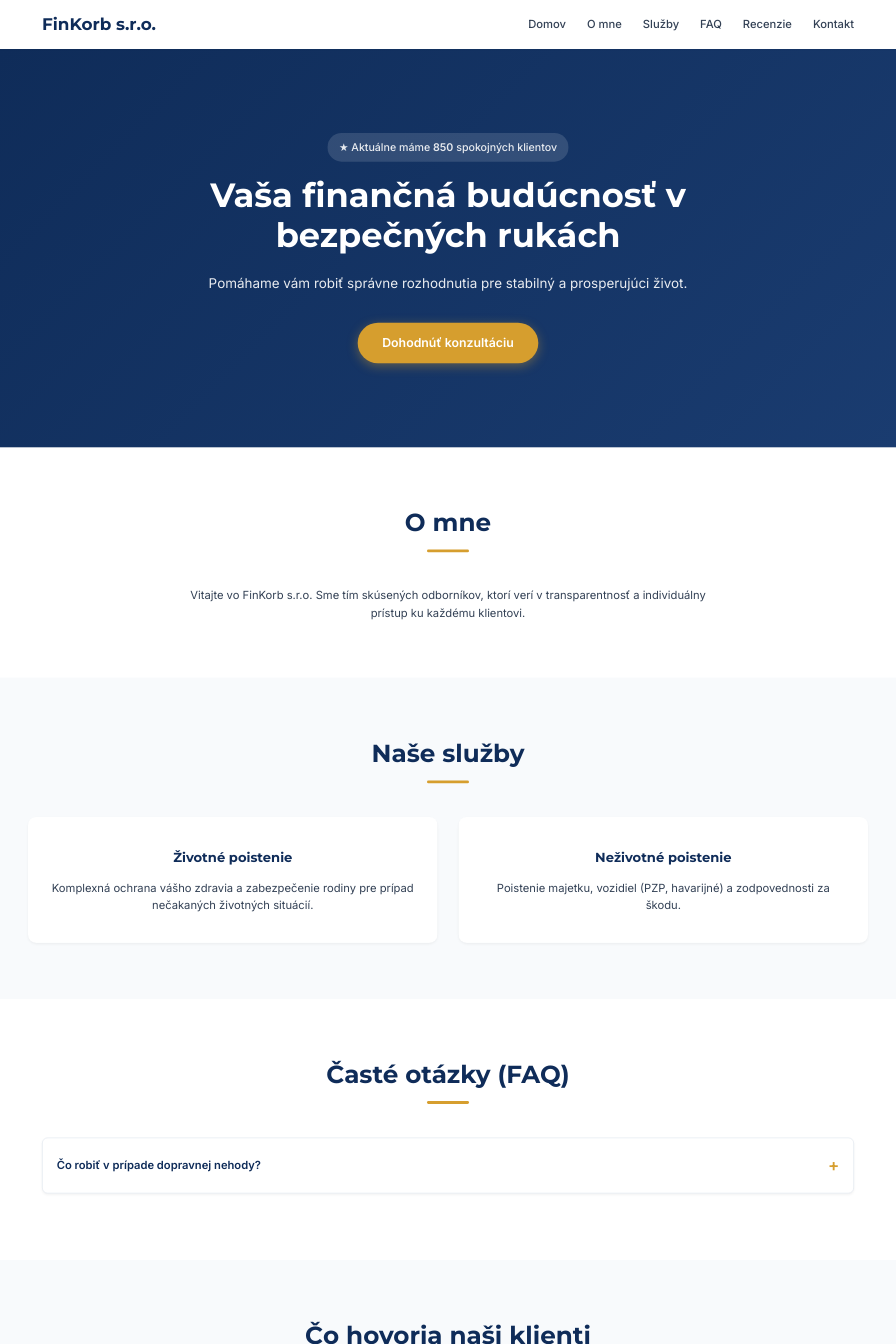
Repository: IvanK03/personal_web
Page: web/index.html
An editor plug-in stored every save of this project. The page is shown before and after the next save, followed by the edit.
The browser window is 1280 px wide. The pictures show the part of the page from y = 0 to 1920 px (the page is 2600 px tall before and 2565 px after), at 70% of full size.

Above is the page before, as saved 2026-02-22 11:54:58.

### web/index.html
<!DOCTYPE html>
<html lang="sk">
<head>
    <meta charset="UTF-8">
    <meta name="viewport" content="width=device-width, initial-scale=1.0">
    <meta name="description" content="FinKorb s.r.o. - Komplexné finančné poradenstvo, poistenie, hypotéky a investovanie.">
    <title>FinKorb s.r.o. - Finančný poradca</title>
    <link rel="stylesheet" href="style.css">
</head>
<body>

    <!-- Hlavička s navigáciou -->
    <header>
        <div class="container">
            <a href="#" class="logo">FinKorb s.r.o.</a>
            <nav>
                <ul>
                    <li><a href="#hero">Domov</a></li>
                    <li><a href="#o-mne">O mne</a></li>
                    <li><a href="#sluzby">Služby</a></li>
                    <li><a href="#faq">FAQ</a></li>
                    <li><a href="#recenzie">Recenzie</a></li>
                    <li><a href="#kontakt">Kontakt</a></li>
                </ul>
            </nav>
        </div>
    </header>

    <main>
        <!-- Hero sekcia -->
        <section id="hero">
            <div class="hero-content">
                <p class="trust-badge">★ Aktuálne máme <strong>850</strong> spokojných klientov</p>
                <h1>Vaša finančná budúcnosť v bezpečných rukách</h1>
                <p>Pomáhame vám robiť správne rozhodnutia pre stabilný a prosperujúci život.</p>
                <a href="#kontakt" class="btn-primary">Dohodnúť konzultáciu</a>
            </div>
        </section>

        <!-- Sekcia O mne -->
        <section id="o-mne">
            <h2>O mne</h2>
            <p>Vitajte vo FinKorb s.r.o. Sme tím skúsených odborníkov, ktorí verí v transparentnosť a individuálny prístup ku každému klientovi.</p>
        </section>

        <!-- Sekcia Služby -->
        <section id="sluzby">
            <h2>Naše služby</h2>
            <div class="services-grid">
                <article class="service-item">
                    <h3>Životné poistenie</h3>
                    <p>Komplexná ochrana vášho zdravia a zabezpečenie rodiny pre prípad nečakaných životných situácií.</p>
                </article>
                <article class="service-item">
                    <h3>Neživotné poistenie</h3>
                    <p>Poistenie majetku, vozidiel (PZP, havarijné) a zodpovednosti za škodu.</p>
                </article>
            </div>
        </section>

        <!-- Sekcia Časté otázky (FAQ) -->
        <section id="faq">
            <h2>Časté otázky (FAQ)</h2>
            <details>
                <summary>Čo robiť v prípade dopravnej nehody?</summary>
                <p>Zachovajte pokoj, zabezpečte miesto nehody a skontrolujte zranenia. Ak je to nutné, volajte záchranné zložky (112). Následne vyplňte správu o nehode a kontaktujte nás – pomôžeme vám s nahlásením poistnej udalosti.</p>
            </details>
        </section>

        <!-- Sekcia Recenzie -->
        <section id="recenzie">
            <h2>Čo hovoria naši klienti</h2>
            <div class="reviews-grid">
                <article class="review-item">
                    <div class="stars">★★★★★</div>
                    <p>"Pán Korbini mi veľmi pomohol s nastavením životného poistenia. Profesionálny prístup a všetko mi jasne vysvetlil. Odporúčam!"</p>
                    <h4>– Peter N.</h4>
                </article>
                <article class="review-item">
                    <div class="stars">★★★★★</div>
                    <p>"Rýchle vybavenie poistnej udalosti a skvelá komunikácia. Konečne mám pocit, že sú moje financie v dobrých rukách."</p>
                    <h4>– Jana M.</h4>
                </article>
            </div>
        </section>
    </main>

    <!-- Päta s kontaktom -->
    <footer id="kontakt">
        <div class="footer-content">
            <h3>Kontaktujte nás</h3>
            <p>Email: ivan.korbini@gmail.com</p>
            <p>Telefón: +421 911 620 323 | +421 911 032 103</p>
            <p>Adresa: Sološnícka 566/13, Bratislava</p>
        </div>
        <p class="copyright">&copy; 2024 FinKorb s.r.o. Všetky práva vyhradené.</p>
    </footer>

    <script src="script.js"></script>
</body>
</html>

### web/style.css
/* Import Google Fonts */
@import url('https://fonts.googleapis.com/css2?family=Inter:wght@400;500;600&family=Montserrat:wght@600;700&display=swap');

/* Základné premenné pre konzistentný dizajn */
:root {
    --primary-color: #0f2c59; /* Tmavomodrá - Dôvera */
    --secondary-color: #1a3c70; /* Svetlejšia modrá pre gradienty */
    --accent-color: #d69e2e; /* Zlatá/Oranžová - Call to Action */
    --accent-hover: #b7791f;
    --text-dark: #334155;
    --text-light: #64748b;
    --bg-light: #f8fafc;
    --white: #ffffff;
    --shadow-sm: 0 2px 4px rgba(0, 0, 0, 0.05);
    --shadow-md: 0 4px 6px rgba(0, 0, 0, 0.1);
    --shadow-lg: 0 10px 15px rgba(0, 0, 0, 0.1);
    --transition: all 0.3s ease;
}

/* Reset a základné nastavenia */
* {
    margin: 0;
    padding: 0;
    box-sizing: border-box;
}

html {
    scroll-behavior: smooth;
}

body {
    font-family: 'Inter', sans-serif;
    line-height: 1.6;
    color: var(--text-dark);
    background-color: var(--white);
}

h1, h2, h3 {
    font-family: 'Montserrat', sans-serif;
    color: var(--primary-color);
    margin-bottom: 1rem;
}

h2 {
    font-size: 2.2rem;
    text-align: center;
    margin-bottom: 3rem;
    position: relative;
}

/* Dekoratívna čiara pod nadpismi sekcií */
h2::after {
    content: '';
    display: block;
    width: 60px;
    height: 4px;
    background-color: var(--accent-color);
    margin: 10px auto 0;
    border-radius: 2px;
}

a {
    text-decoration: none;
    color: inherit;
}

ul {
    list-style: none;
}

/* Layout utility */
.container {
    max-width: 1200px;
    margin: 0 auto;
    padding: 0 20px;
}

section {
    padding: 80px 20px;
    max-width: 1200px;
    margin: 0 auto;
}

/* Hlavička a Navigácia */
header {
    background-color: var(--white);
    box-shadow: var(--shadow-sm);
    position: sticky;
    top: 0;
    z-index: 1000;
    padding: 1rem 0;
}

/* Štýl pre prilepenú hlavičku pri scrollovaní */
header.scrolled {
    background-color: rgba(255, 255, 255, 0.95); /* Jemne priehľadná biela */
    backdrop-filter: blur(5px); /* Rozostrenie pozadia */
    box-shadow: var(--shadow-md);
    padding: 0.5rem 0; /* Zmenšenie výšky pre kompaktnejší vzhľad */
    transition: all 0.3s ease;
}

header .container {
    display: flex;
    justify-content: space-between;
    align-items: center;
}

.logo {
    font-family: 'Montserrat', sans-serif;
    font-size: 1.5rem;
    font-weight: 700;
    color: var(--primary-color);
}

nav ul {
    display: flex;
    gap: 30px;
}

nav a {
    font-weight: 500;
    color: var(--text-dark);
    transition: var(--transition);
}

nav a:hover {
    color: var(--accent-color);
}

/* Hero Sekcia */
#hero {
    background: linear-gradient(135deg, var(--primary-color), var(--secondary-color));
    color: var(--white);
    text-align: center;
    padding: 120px 20px;
    max-width: 100%; /* Hero roztiahneme na celú šírku */
}

.hero-content {
    max-width: 800px;
    margin: 0 auto;
}

/* Trust Badge v Hero sekcii */
.trust-badge {
    display: inline-block;
    background-color: rgba(255, 255, 255, 0.15);
    padding: 8px 16px;
    border-radius: 20px;
    font-weight: 500;
    margin-bottom: 20px !important; /* Prepíše default margin */
    font-size: 0.95rem !important;
}

#hero h1 {
    color: var(--white);
    font-size: 3rem;
    margin-bottom: 1.5rem;
    line-height: 1.2;
}

#hero p {
    font-size: 1.2rem;
    margin-bottom: 2.5rem;
    opacity: 0.9;
}

/* Tlačidlá */
.btn-primary {
    display: inline-block;
    background-color: var(--accent-color);
    color: var(--white);
    padding: 15px 35px;
    border-radius: 50px;
    font-weight: 600;
    font-size: 1.1rem;
    transition: var(--transition);
    box-shadow: 0 4px 15px rgba(214, 158, 46, 0.4);
}

.btn-primary:hover {
    background-color: var(--accent-hover);
    transform: translateY(-3px);
    box-shadow: 0 6px 20px rgba(214, 158, 46, 0.6);
}

/* Sekcia O mne */
#o-mne {
    text-align: center;
    max-width: 800px;
}

/* Sekcia Služby - Grid */
#sluzby {
    background-color: var(--bg-light);
    max-width: 100%; /* Pozadie na celú šírku */
}

.services-grid {
    display: grid;
    grid-template-columns: repeat(auto-fit, minmax(300px, 1fr));
    gap: 30px;
    max-width: 1200px;
    margin: 0 auto;
}

.service-item {
    background: var(--white);
    padding: 40px 30px;
    border-radius: 12px;
    box-shadow: var(--shadow-sm);
    transition: var(--transition);
    text-align: center;
    border-top: 4px solid transparent;
}

.service-item:hover {
    transform: translateY(-10px);
    box-shadow: var(--shadow-lg);
    border-top: 4px solid var(--accent-color);
}

.service-item h3 {
    margin-bottom: 15px;
}

/* FAQ Sekcia */
details {
    background-color: var(--white);
    margin-bottom: 15px;
    border-radius: 8px;
    box-shadow: var(--shadow-sm);
    overflow: hidden;
    border: 1px solid #e2e8f0;
}

summary {
    padding: 20px;
    cursor: pointer;
    font-weight: 600;
    color: var(--primary-color);
    list-style: none; /* Skryje defaultnú šípku */
    position: relative;
    display: flex;
    justify-content: space-between;
    align-items: center;
}

summary::-webkit-details-marker {
    display: none;
}

summary::after {
    content: '+';
    font-size: 1.5rem;
    color: var(--accent-color);
    font-weight: bold;
}

details[open] summary::after {
    content: '-';
}

details p {
    padding: 0 20px 20px 20px;
    color: var(--text-light);
    border-top: 1px solid #f1f5f9;
    margin-top: 0;
    padding-top: 15px;
    /* Animácia pre plynulé zobrazenie textu */
    animation: fadeIn 0.4s ease-out;
}

@keyframes fadeIn {
    from {
        opacity: 0;
        transform: translateY(-10px);
    }
    to {
        opacity: 1;
        transform: translateY(0);
    }
}

/* Recenzie Sekcia */
#recenzie {
    background-color: var(--bg-light);
    max-width: 100%;
}

.reviews-grid {
    display: grid;
    grid-template-columns: repeat(auto-fit, minmax(300px, 1fr));
    gap: 30px;
    max-width: 1200px;
    margin: 0 auto;
}

.review-item {
    background: var(--white);
    padding: 30px;
    border-radius: 12px;
    box-shadow: var(--shadow-sm);
    text-align: center;
}

.stars {
    color: var(--accent-color);
    font-size: 1.5rem;
    margin-bottom: 15px;
}

.review-item h4 {
    margin-top: 20px;
    color: var(--primary-color);
}

/* Päta */
footer {
    background-color: var(--primary-color);
    color: var(--white);
    text-align: center;
    padding: 60px 20px 20px;
}

.footer-content h3 {
    color: var(--accent-color);
    margin-bottom: 20px;
}

.footer-content p {
    margin-bottom: 10px;
    opacity: 0.8;
}

.copyright {
    margin-top: 40px;
    padding-top: 20px;
    border-top: 1px solid rgba(255, 255, 255, 0.1);
    font-size: 0.9rem;
    opacity: 0.6;
}

/* Responzivita pre mobily */
@media (max-width: 768px) {
    header .container {
        flex-direction: column;
        gap: 15px;
    }

    nav ul {
        flex-wrap: wrap;
        justify-content: center;
        gap: 15px;
    }

    #hero h1 {
        font-size: 2.2rem;
    }

    section {
        padding: 60px 20px;
    }
}

### web/script.js
document.addEventListener('DOMContentLoaded', () => {

    // --- 1. Sticky Header (Prilepenie hlavičky) ---
    const header = document.querySelector('header');

    window.addEventListener('scroll', () => {
        // Ak sme odscrollovali viac ako 50px, pridáme triedu 'scrolled'
        if (window.scrollY > 50) {
            header.classList.add('scrolled');
        } else {
            header.classList.remove('scrolled');
        }
    });

    // --- 2. Interaktívne FAQ (Akordeón) ---
    const detailsElements = document.querySelectorAll('details');

    detailsElements.forEach(detail => {
        detail.addEventListener('click', (e) => {
            // Zistíme, či sa kliklo na <summary> (hlavičku otázky)
            if (e.target.tagName.toLowerCase() === 'summary') {
                // Ak sa práve otvára (ešte nie je 'open'), zatvoríme ostatné
                if (!detail.hasAttribute('open')) {
                    detailsElements.forEach(otherDetail => {
                        if (otherDetail !== detail) {
                            otherDetail.removeAttribute('open');
                        }
                    });
                }
            }
        });
    });
});

After the next save:
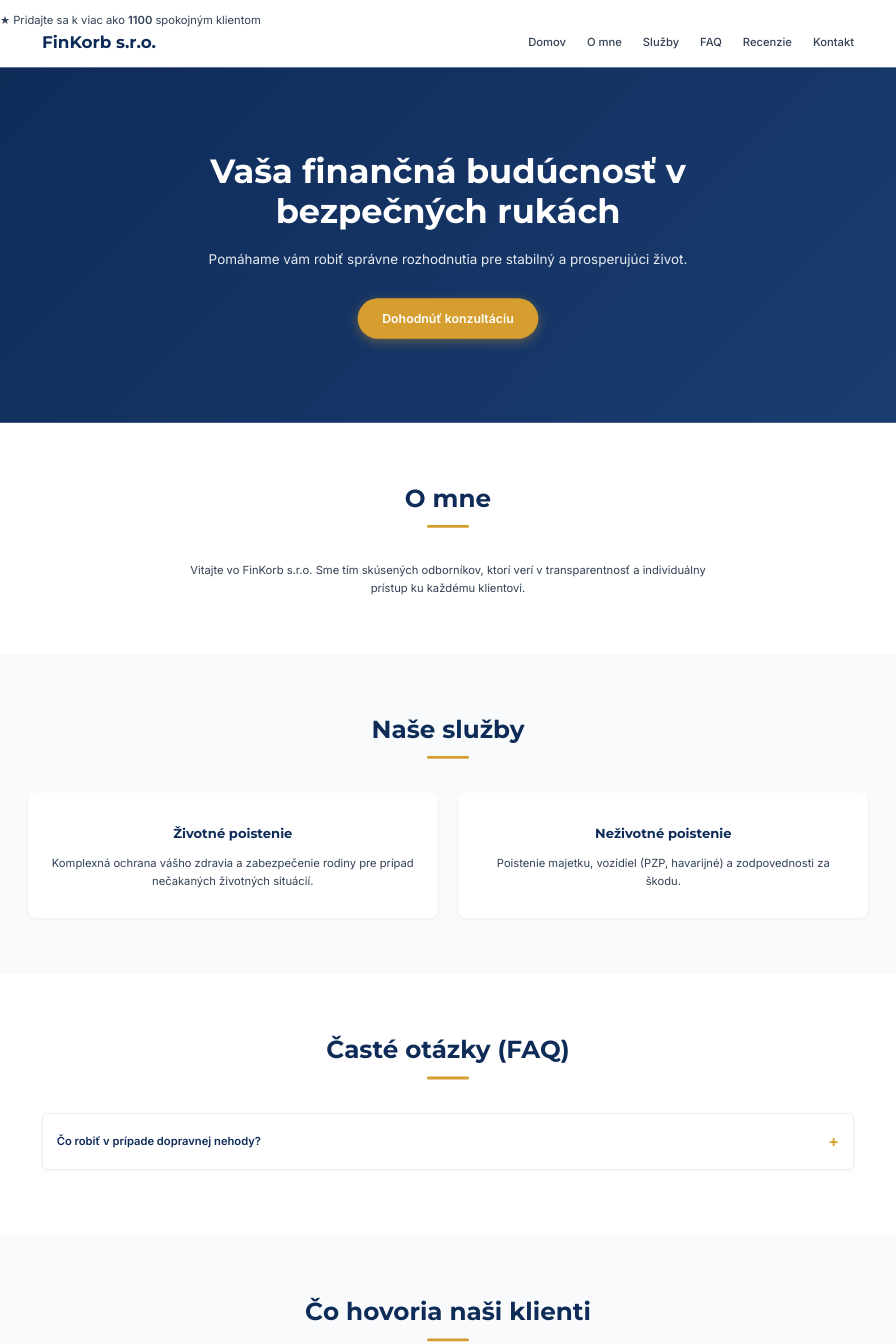
Saved 6 min 36 s later.
--- a/web/index.html
+++ b/web/index.html
@@ -11,6 +11,9 @@
 
     <!-- Hlavička s navigáciou -->
     <header>
+        <div class="top-bar">
+            ★ Pridajte sa k viac ako <strong class="pulse-number">1100</strong> spokojným klientom
+        </div>
         <div class="container">
             <a href="#" class="logo">FinKorb s.r.o.</a>
             <nav>
@@ -30,7 +33,6 @@
         <!-- Hero sekcia -->
         <section id="hero">
             <div class="hero-content">
-                <p class="trust-badge">★ Aktuálne máme <strong>850</strong> spokojných klientov</p>
                 <h1>Vaša finančná budúcnosť v bezpečných rukách</h1>
                 <p>Pomáhame vám robiť správne rozhodnutia pre stabilný a prosperujúci život.</p>
                 <a href="#kontakt" class="btn-primary">Dohodnúť konzultáciu</a>
@@ -63,7 +65,7 @@
             <h2>Časté otázky (FAQ)</h2>
             <details>
                 <summary>Čo robiť v prípade dopravnej nehody?</summary>
-                <p>Zachovajte pokoj, zabezpečte miesto nehody a skontrolujte zranenia. Ak je to nutné, volajte záchranné zložky (112). Následne vyplňte správu o nehode a kontaktujte nás – pomôžeme vám s nahlásením poistnej udalosti.</p>
+                <p>Zachovajte pokoj, zabezpečte miesto nehody a skontrolujte zranenia. Ak je to nutné, volajte záchranné zložky (112). Pri väčšej škode alebo zranení je potrebné privolať políciu. Následne vyplňte správu o nehode a ihneď nás kontaktujte na čísle +421 911 620 323 alebo +421 911 032 103 – pomôžeme vám s nahlásením poistnej udalosti.</p>
             </details>
         </section>
 
